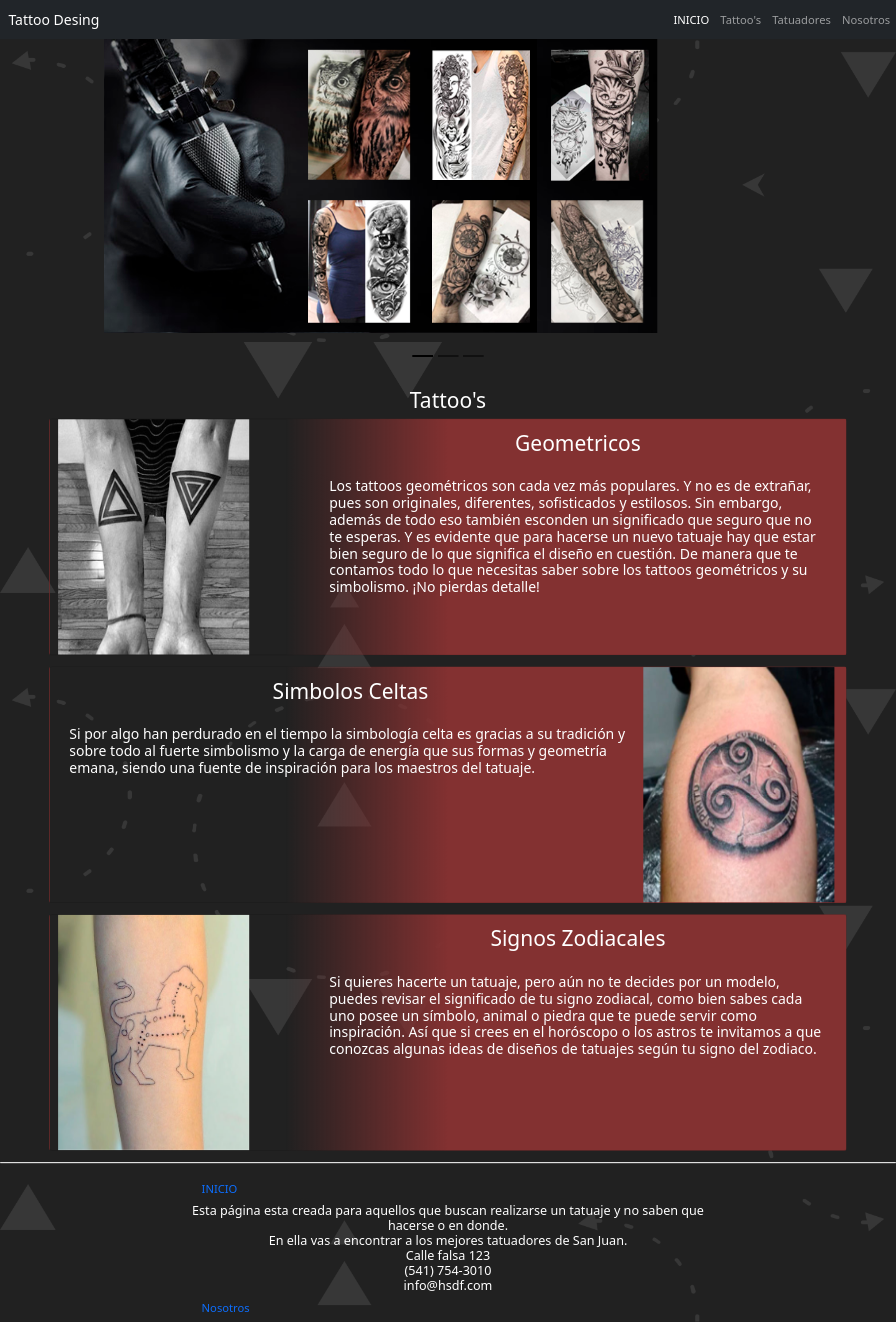
Repository: Vladimir-22/TatooDesign
Page: index.html
An editor plug-in stored every save of this project. The page is shown before and after the next save, followed by the edit.
The browser window is 1280 px wide. The pictures show the whole page, at 70% of full size.
Some web libraries are served in a nearby version.

Above is the page before, as saved 2021-05-19 21:25:04.

### index.html
<!DOCTYPE html>
<html lang="es">

<head>
    <meta charset="UTF-8">
    <meta http-equiv="X-UA-Compatible" content="IE=edge">
    <meta name="viewport" content="width=device-width, initial-scale=1.0">
    <link href="https://cdn.jsdelivr.net/npm/bootstrap@5.0.0-beta3/dist/css/bootstrap.min.css" rel="stylesheet" integrity="sha384-eOJMYsd53ii+scO/bJGFsiCZc+5NDVN2yr8+0RDqr0Ql0h+rP48ckxlpbzKgwra6" crossorigin="anonymous">
    <script src="https://cdn.jsdelivr.net/npm/bootstrap@5.0.0-beta3/dist/js/bootstrap.bundle.min.js" integrity="sha384-JEW9xMcG8R+pH31jmWH6WWP0WintQrMb4s7ZOdauHnUtxwoG2vI5DkLtS3qm9Ekf" crossorigin="anonymous"></script>
    <script src="https://cdn.jsdelivr.net/npm/bootstrap@5.0.0-beta3/dist/js/bootstrap.bundle.min.js" integrity="sha384-JEW9xMcG8R+pH31jmWH6WWP0WintQrMb4s7ZOdauHnUtxwoG2vI5DkLtS3qm9Ekf" crossorigin="anonymous"></script>
    <script src="https://cdn.jsdelivr.net/npm/@popperjs/core@2.9.1/dist/umd/popper.min.js" integrity="sha384-SR1sx49pcuLnqZUnnPwx6FCym0wLsk5JZuNx2bPPENzswTNFaQU1RDvt3wT4gWFG" crossorigin="anonymous"></script>
    <script src="https://cdn.jsdelivr.net/npm/bootstrap@5.0.0-beta3/dist/js/bootstrap.min.js" integrity="sha384-j0CNLUeiqtyaRmlzUHCPZ+Gy5fQu0dQ6eZ/xAww941Ai1SxSY+0EQqNXNE6DZiVc" crossorigin="anonymous"></script>
    <link rel="stylesheet" href="https://use.fontawesome.com/releases/v5.8.1/css/all.css" integrity="sha384-50oBUHEmvpQ+1lW4y57PTFmhCaXp0ML5d60M1M7uH2+nqUivzIebhndOJK28anvf" crossorigin="anonymous">
    <link rel="stylesheet" href="css/styles.css">
    <title>Tattoo Desing</title>
</head>

<body>
    <nav class="navbar navbar-expand-lg navbar-dark bg-dark">
        <div class="container-fluid">
            <!-- <i class="fas fa-bars"></i> -->

            <div class="col-md-9">
                <a class="navbar-brand" href="#">Tattoo Desing</a>

                <button class="navbar-toggler" type="button" data-bs-toggle="collapse" data-bs-target="#navbarNav" aria-controls="navbarNav" aria-expanded="false" aria-label="Toggle navigation">
                    <span class="navbar-toggler-icon"></span>
                </button>
            </div>

            <div class="col-md-3 collapse navbar-collapse" id="navbarNav">
                <ul class="navbar-nav">
                    <li class="nav-item">
                        <a class="nav-link active" aria-current="page" href="#">INICIO</a>
                    </li>
                    <li class="nav-item">
                        <a class="nav-link" href="tattoo's.html">Tattoo's</a>
                    </li>
                    <li class="nav-item">
                        <a class="nav-link" href="tatuadores.html">Tatuadores</a>
                    </li>
                    <li class="nav-item">
                        <a class="nav-link" href="nosotros.html" tabindex="-1" aria-disabled="true">Nosotros</a>
                    </li>
                </ul>
            </div>

        </div>
    </nav>

    <div class="container">
        <div class="row" id="carrusel" >
            <div id="carouselExampleDark" class="carousel carousel-dark slide" data-bs-ride="carousel">

                <div class="carousel-indicators">
                    <button type="button" data-bs-target="#carouselExampleDark" data-bs-slide-to="0" class="active" aria-current="true" aria-label="Slide 1"></button>
                    <button type="button" data-bs-target="#carouselExampleDark" data-bs-slide-to="1" aria-label="Slide 2"></button>
                    <button type="button" data-bs-target="#carouselExampleDark" data-bs-slide-to="2" aria-label="Slide 3"></button>
                </div>

                <div class="carousel-inner">
                    <div class="carousel-item active" data-bs-interval="10000">
                        <img id="imgCarrusel" src="./Agos/Carrusel/trae-tu-diseño.png" class="d-block w-20" alt="...">
                        <!-- <div class="carousel-caption d-none d-md-block">
                            <h5>First slide label</h5>
                            <p>Some representative placeholder content for the first slide.</p>
                        </div> -->
                    </div>
                    <div class="carousel-item" data-bs-interval="4000">
                        <img id="imgCarrusel" src="./Agos/Carrusel/Tendencias.png" class="d-block w-20" alt="...">
                        <!-- <div class="carousel-caption d-none d-md-block">
                            <h5>Second slide label</h5>
                            <p>Some representative placeholder content for the second slide.</p>
                        </div> -->
                    </div>
                    <div class="carousel-item" data-bs-interval="2000">
                        <img id="imgCarrusel" src="./Agos/Carrusel/Tatuadores-banner.png" class="d-block w-20" alt="...">
                        <!-- <div class="carousel-caption d-none d-md-block">
                            <h5>Third slide label</h5>
                            <p>Some representative placeholder content for the third slide.</p>
                        </div> -->
                    </div>
                </div>

                <!-- <button class="carousel-control-prev" type="button" data-bs-target="#carouselExampleDark" data-bs-slide="prev">
                  <span class="carousel-control-prev-icon" aria-hidden="true"></span>
                  <span class="visually-hidden">Previous</span>
                </button>
                <button class="carousel-control-next" type="button" data-bs-target="#carouselExampleDark" data-bs-slide="next">
                  <span class="carousel-control-next-icon" aria-hidden="true"></span>
                  <span class="visually-hidden">Next</span>
                </button> -->

            </div>
        </div>

        <div class="row section2 text-center">
            <h1>
                Tattoo's
            </h1>
        </div>

        <div class="row">
            <!-- <div class="card mb-3">
                <img src="./Pedro/Categorías - Signos Zodiacales/Simbolos Celtas.PNG" class="card-img-top" alt="...">
                <div class="card-body">
                    <h5 class="card-title">Card title</h5>
                    <p class="card-text">This is a wider card with supporting text below as a natural lead-in to additional content. This content is a little bit longer.</p>
                    <p class="card-text"><small class="text-muted">Last updated 3 mins ago</small></p>
                </div>
            </div> -->

            <div id="Geometricos" class="card mb-3" style="max-width: auto;">
                <div class="row g-0">
                    <div class="col-md-4">
                        <img id="imagen" src="./Pedro/Categorías - descripcion inicio/Tatuajes Geometricos.jpg" alt="...">
                    </div>
                    <div class="col-md-8">
                        <div class="card-body">
                            <h1 class="card-title">Geometricos</h1> <br>
                            <h5 id="descrip-gral" class="card-text">
                                Los tattoos geométricos son cada vez más populares. Y no es de extrañar, pues son originales, diferentes, sofisticados y estilosos. Sin embargo, además de todo eso también esconden un significado que seguro que no te esperas.
                                Y es evidente que para hacerse un nuevo tatuaje hay que estar bien seguro de lo que significa el diseño en cuestión. De manera que te contamos todo lo que necesitas saber sobre los tattoos geométricos y su simbolismo. ¡No
                                pierdas detalle!
                            </h5>
                            <!-- <p class="card-text"><small class="text-muted">Última actualización 3 minutos</small></p> -->
                        </div>
                    </div>
                </div>
            </div>

            <div id="Celtas" class="card mb-3" style="max-width: auto;">
                <div class="row g-0">
                    <div class="col-md-9">
                        <div class="card-body">
                            <h1 class="card-title">Simbolos Celtas</h1> <br>
                            <h5 id="descrip-gral" class="card-text">
                                Si por algo han perdurado en el tiempo la simbología celta es gracias a su tradición y sobre todo
                                al fuerte simbolismo y la carga de energía que sus formas y geometría emana, siendo una fuente de
                                inspiración para los maestros del tatuaje.
                            </h5 >
                            <!-- <p class="card-text"><small class="text-muted">Última actualización 3 minutos</small></p> -->
                        </div>
                    </div>
                    <div class="col-md-3">
                        <img id="imagen" src="./Pedro/Categorías - descripcion inicio/Simbolos Celtas.jpg" alt="...">
                    </div>
                </div>
            </div>

            <div id="Zodiacales" class="card mb-3" style="max-width: auto;">
                <div class="row g-0">
                    <div class="col-md-4">
                        <img id="imagen" src="./Pedro/Categorías - descripcion inicio/Signos Zodiacales.jpg" alt="...">
                    </div>
                    <div class="col-md-8">
                        <div class="card-body">
                            <h1 class="card-title">Signos Zodiacales</h1> <br>
                            <h5 id="descrip-gral" class="card-text">
                                Si quieres hacerte un tatuaje, pero aún no te decides por un modelo, puedes revisar el significado
                                de tu signo zodiacal, como bien sabes cada uno posee un símbolo, animal o piedra que te puede servir
                                como inspiración.
                                Así que si crees en el horóscopo o los astros te invitamos a que conozcas algunas ideas de diseños
                                de tatuajes según tu signo del zodiaco.
                            </h5>
                            <!-- <p class="card-text"><small class="text-muted">Última actualización 3 minutos</small></p> -->
                        </div>
                    </div>
                </div>
            </div>
        </div>

    </div>
</body>
<footer>
    <div class="footer" id="footer">
        <div id="footer" class="card mb-3" style="auto"></div>
            <div class="container">
                <div class="row">
                    <div class="col-md-2"></div>
                    <div class="col-md-8">
                        <div class="col align-self-start">
                            <a class="nav-link active" aria-current="page" href="#">INICIO</a>
                        </div>
                        <div class="col align-self-center">
                            <h3 id="descrip-gral" class="card-text">
                                Esta página esta creada para aquellos que buscan realizarse un tatuaje y no saben que hacerse o en donde. <br>
                                En ella vas a encontrar a los mejores tatuadores de San Juan.<br>
                                Calle falsa 123<br>
                                (541) 754-3010<br>
                                info@hsdf.com<br>
                            </h3>
                        </div>
                        <div class="col align-self-end">
                                <a class="nav-link" href="nosotros.html" tabindex="-1" aria-disabled="true">Nosotros</a>
                        </div>
                    </div>
                    <div class="col-md-2"></div>
                </div>
            </div>
    </div>

</footer>
</html>

### css/styles.css
body {
    margin: 0 !important;
    padding: 0;
    position: relative;
    /*width: 1440px;
    height: 1024px;*/
    background: #212121;
    background-image: url(../Daniela/Background.png);
    background-position: center;
    background-size: contain;
    /* font-family: NanumGothic; */
}

.section2 {
    margin-top: 7%;
    color: white;
}

.section3 {
    margin-top: 3%;
    color: white;
}

h1 {
    font-size: 30px;
}

h2 {
    font-size: 21px;
}

h3 {
    font-size: 18px;
}

h1,
h2,
h3 {
    color: white;
    text-align: center;
}


/*.card img {
    width: 30%;
    height: 30%;
    align-content: center;
} */

nav {
    position: absolute;
    left: 0% !important;
    right: 0% !important;
    top: 0% !important;
    bottom: 0% !important;
    background: #000000 !important;
}

.carousel-indicators {
    left: 0% !important;
    right: 0% !important;
    top: 105% !important;
    bottom: 0% !important;
    margin-top: 0% !important;
}

.carousel-inner {
    left: 6% !important;
    right: 0% !important;
    top: 0% !important;
}



#Geometricos,
#Celtas,
#Zodiacales{
    background: linear-gradient(270deg, #833131 50%, rgba(131, 49, 49, 0) 70.34%);
    border-radius: 4px;
}

#nosotros
{
    background: none;
}

#descrip-gral {
    color: white;
}

#imagen {
    width: 273px;
    height: 336px;
}

#Celtas #imagen {
    right: 100% !important;
    top: 660px;
}

After the next save:
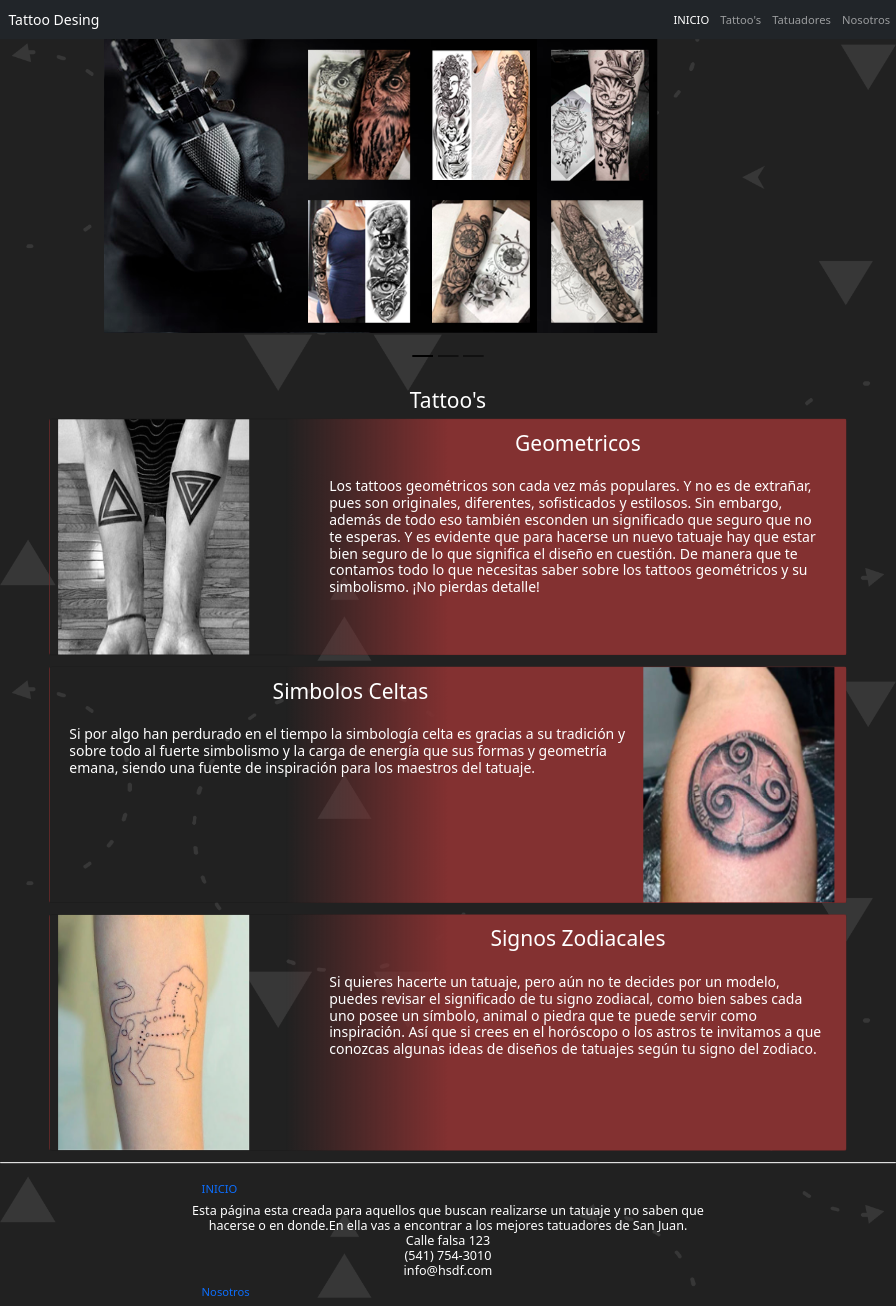
Saved 33 s later.
--- a/index.html
+++ b/index.html
@@ -184,8 +184,7 @@
                         </div>
                         <div class="col align-self-center">
                             <h3 id="descrip-gral" class="card-text">
-                                Esta página esta creada para aquellos que buscan realizarse un tatuaje y no saben que hacerse o en donde. <br>
-                                En ella vas a encontrar a los mejores tatuadores de San Juan.<br>
+                                Esta página esta creada para aquellos que buscan realizarse un tatuaje y no saben que hacerse o en donde.En ella vas a encontrar a los mejores tatuadores de San Juan.<br>
                                 Calle falsa 123<br>
                                 (541) 754-3010<br>
                                 info@hsdf.com<br>
